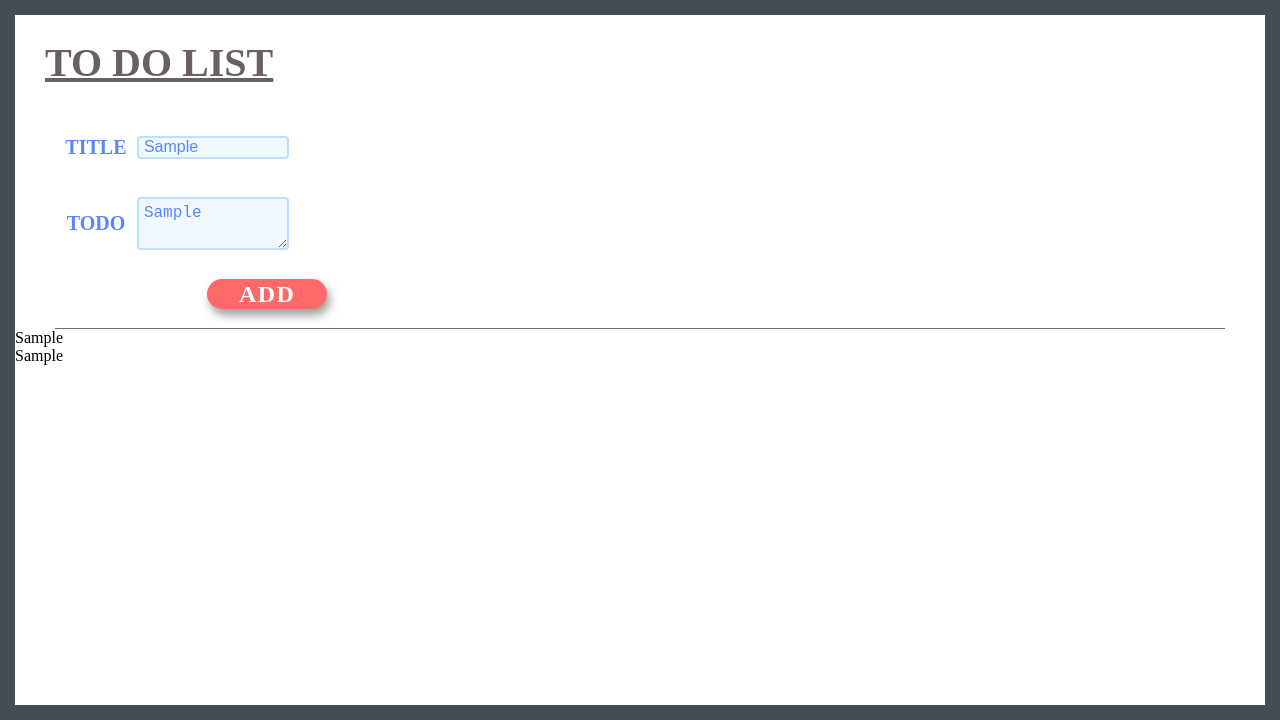
Repository: NagataRyuji0630/shinjin-otameshi
Page: todo_white_board.html
These files come from the project's save history. The page is drawn as it stood at one moment and after the next save; the edit follows.
The browser window is 1280 px wide. The pictures show the whole page.
Empty fields were first filled with sample values (such as "Sample", 5 or name@example.com).
After loading, the first visible `#btn_container` was clicked once.

Above is the page before, as saved 2020-06-14 16:40:39.

### todo_white_board.html
<!DOCTYPE html>
<html lang="ja">

<head>
    <meta charset="UTF-8">
    <meta name="viewport" content="width=device-width, initial-scale=1.0">
    <meta http-equiv="X-UA-Compatible" content="ie=edge">
    <link rel="stylesheet" href="./todo_white_board.css">
    <script src="./constants.js"></script>
    <script src="./domAction.js"></script>
    <script src="./todoWhiteBoard.js"></script>
    <title>Todo White Board</title>
</head>

<body>
    <div class="white_board display_flex_justify direction_colum">

        <div id="board_title_container" class="display_flex_align">
            <div id="board_title">TO DO LIST</div>
        </div>

        <div id="form_container" class="display_flex_justify direction_colum">

            <div class="input_content display_flex_all direction_row">
                <div class="input_title display_flex_all">TITLE</div>
                <div id="todo_input_area" class="display_flex_all">
                    <input class="blue_form" id="todo_title" type="text" placeholder="タイトル" />
                </div>
            </div>

            <div class="input_content display_flex_all direction_row">
                <div class="input_title display_flex_all">TODO</div>
                <div id="detail_input_area" class="display_flex_all">
                    <textarea class="blue_form" id="todo_detail" placeholder="詳細"></textarea>
                </div>
            </div>

            <div id="btn_container" class="display_flex_align" onclick="evtAddBtn(this)">
                <div class="btn red_btn display_flex_all" id="todo_add_btn">
                    <div class="btn_text">ADD</div>
                </div>
            </div>

            <div id="border_line"></div>
        </div>

        <div id="todo_list_container"></div>
    </div>
    <script>
        // document.getElementById("todo_add_btn").onclick = function () {
        //     var title = todo_title.innerHTML;
        //     var detail = todo_detail.innerHTML;
        //     document.write(title);
        //     document.write(detail);
        // }
    </script>
</body>

</html>

### todo_white_board.css
* {
    margin: 0px;
    padding: 0px;
    box-sizing: border-box;
}

body, html {
    width: 100%;
    height: 100%;
    font-size: 16px;
    overflow-x: hidden;
}

.display_flex_all {
    display: flex;
    justify-content: center;
    align-items: center;
}

.display_flex_justify {
    display: flex;
    justify-content: center;
}

.display_flex_align {
    display: flex;
    align-items: center;
}

.direction_colum {
    flex-direction: column;
}

.direction_row {
    flex-direction: row;
}

.white_board {
    width: 100%;
    height: 100%;
    border: 15px solid #454D53;
}

#board_title_container {
    width: auto;
    height: 15%;
    padding-left: 30px;
}

#board_title {
    text-align: center;
    text-decoration: underline;
    font-size: 40px;
    font-weight: bold;
    letter-spacing: 0px;
    color: #696060;
}

#form_container {
    width: 100%;
    height: 35%;
    padding: 0px 40px;
}

.input_content {
    width: 20%;
    height: 35%;
}

.input_title {
    width: 35%;
    height: 100%;
    text-align: center;
    font-size: 20px;
    font-weight: bold;
    letter-spacing: 0px;
    color: #5887F9;
}

.blue_form {
    display: block;
    background: #F1F9FF 0% 0% no-repeat padding-box;
    border: 2px solid #BCE0FD;
    border-radius: 4px;
}

#todo_input_area {
    width: 65%;
    height: 30%;
}

#todo_title {
    width: 100%;
    height: 100%;
    text-align: left;
    font-size: 16px;
    letter-spacing: 0px;
    color: #5887F9;
    padding: 5px;
}

#detail_input_area {
    width: 65%;
    height: 70%;
}

#todo_detail {
    width: 100%;
    height: 100%;
    text-align: left;
    font-size: 16px;
    letter-spacing: 0px;
    color: #5887F9;
    padding: 5px;
    word-wrap: break-word;
}

#btn_container {
    width: 100%;
    height: 30%;
}

.btn {
    width: 120px;
    height: 30px;
    border-radius: 24px;
}

.red_btn {
    background-color: #FF6969;
    box-shadow: 3px 6px 10px #00000065;
}

.red_btn:active {
    background-color: #FF8850;
    box-shadow: 3px 6px 10px #00000090;
}

#todo_add_btn {
    position: relative;
    left: 13%
}

.btn_text {
    text-align: center;
    font-size: 24px;
    font-weight: bold;
    letter-spacing: 1.44px;
    color: #FFFFFF;
}

#border_line {
    width: 100%;
    height: 2px;
    border-bottom: 1px solid #707070;
}

#todo_list_container {
    width: 100%;
    height: 60%;
}

### constants.js
const todoTag = (tagName, tagContent) => `
    <div class="todo_tag">
        <div class="white_circle"></div>
        <div class="tag_title">${tagName}</div>
        <div class="tag_content">${tagContent}</div>
    </div>
`;

### domAction.js
// 初回付箋追加関数
function addFirstTodoTag(tagName, tagContent) {
    // TODOリスト表示エリアを取得
    let todoListContainer = document.getElementById("todo_list_container");

    todoListContainer.innerHTML = todoTag(tagName, tagContent);
}

// 付箋追加関数
function addTodoTag(tagName, tagContent, todoTags) {
    let lastNum = todoTags.length;
    console.log(todoTags)
    console.log(todoTags[lastNum - 1])
    console.log(lastNum)
    todoTags[lastNum - 1].outerHTML = todoTag(tagName, tagContent);
}

### todoWhiteBoard.js
function evtAddBtn(e) {
    // 付箋タイトルと付箋の内容
    let tagName = document.getElementById("todo_title").value;
    let tagContent = document.getElementById("todo_detail").value;

    let todoTags = document.getElementsByClassName("todo_tag");
    console.log(todoTags);

    // 付箋が一つもない場合
    if (todoTags.length === 0) {
        addFirstTodoTag(tagName, tagContent);
    } else {
        console.log('start')
        addTodoTag(tagName, tagContent, todoTags);
    }
}

After the next save:
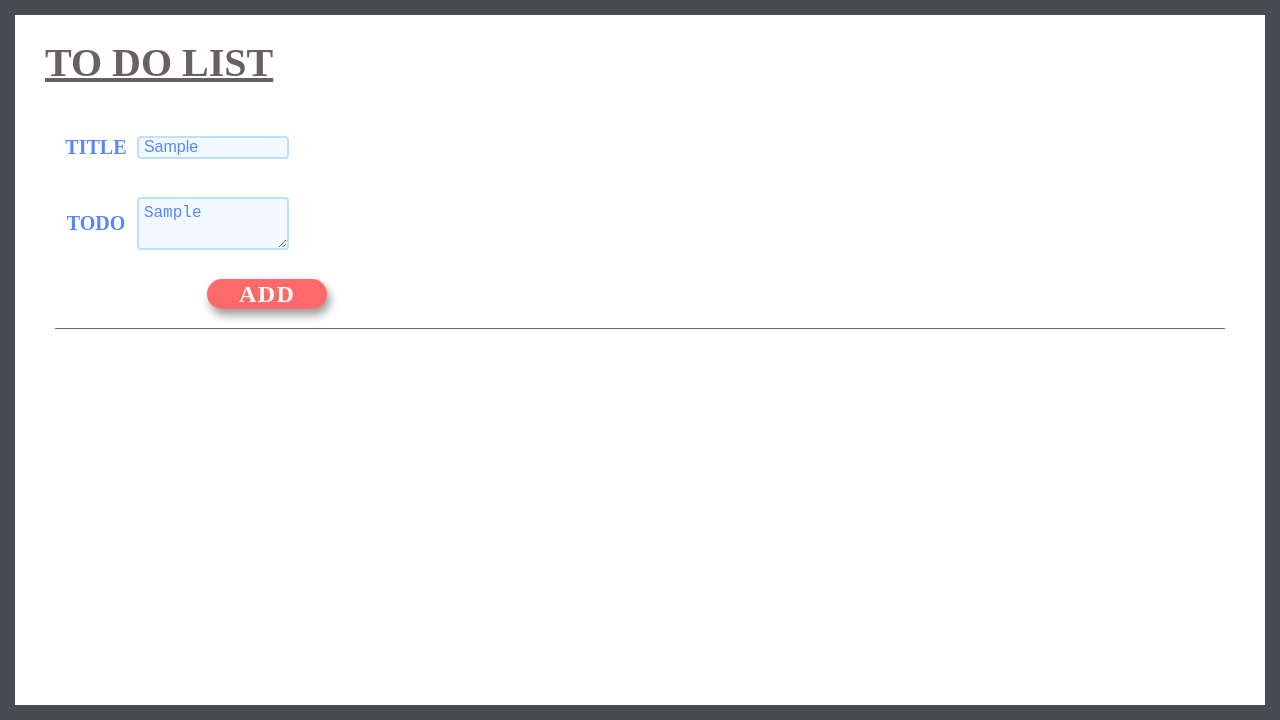
Console error: TypeError: Cannot read properties of undefined (reading 'length')
Saved 7 min 5 s later.
--- a/todoWhiteBoard.js
+++ b/todoWhiteBoard.js
@@ -3,14 +3,5 @@
     let tagName = document.getElementById("todo_title").value;
     let tagContent = document.getElementById("todo_detail").value;
 
-    let todoTags = document.getElementsByClassName("todo_tag");
-    console.log(todoTags);
-
-    // 付箋が一つもない場合
-    if (todoTags.length === 0) {
-        addFirstTodoTag(tagName, tagContent);
-    } else {
-        console.log('start')
-        addTodoTag(tagName, tagContent, todoTags);
-    }
+    addTodoTag(tagName, tagContent);
 }

After the 3 saves that followed:
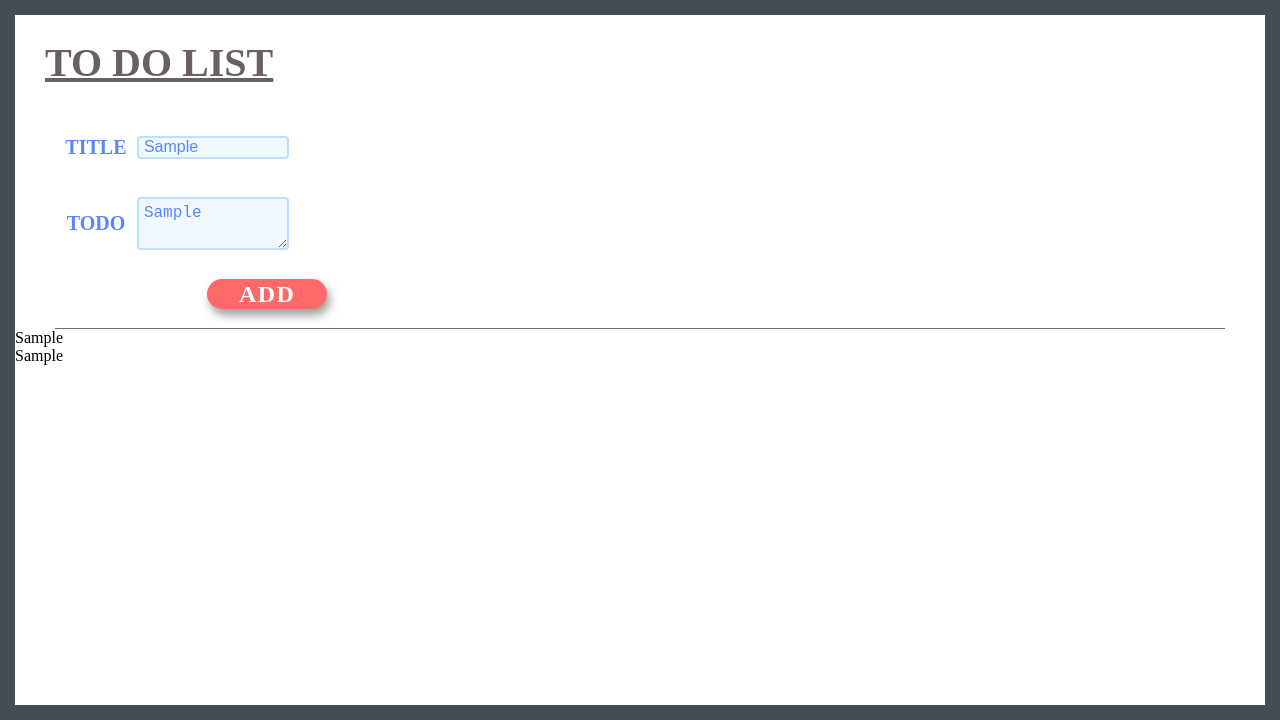
The error is gone.
The 3 saves are shown as one change because 2 left the picture as it was.
The last was saved 2 min 28 s later.
--- a/todoWhiteBoard.js
+++ b/todoWhiteBoard.js
@@ -3,5 +3,14 @@
     let tagName = document.getElementById("todo_title").value;
     let tagContent = document.getElementById("todo_detail").value;
 
-    addTodoTag(tagName, tagContent);
+    let todoTags = document.getElementsByClassName("todo_tag");
+    console.log(todoTags);
+
+    // 付箋が一つもない場合
+    if (todoTags.length === 0) {
+        addFirstTodoTag(tagName, tagContent);
+    } else {
+        console.log('start')
+        addTodoTag(tagName, tagContent, todoTags);
+    }
 }
